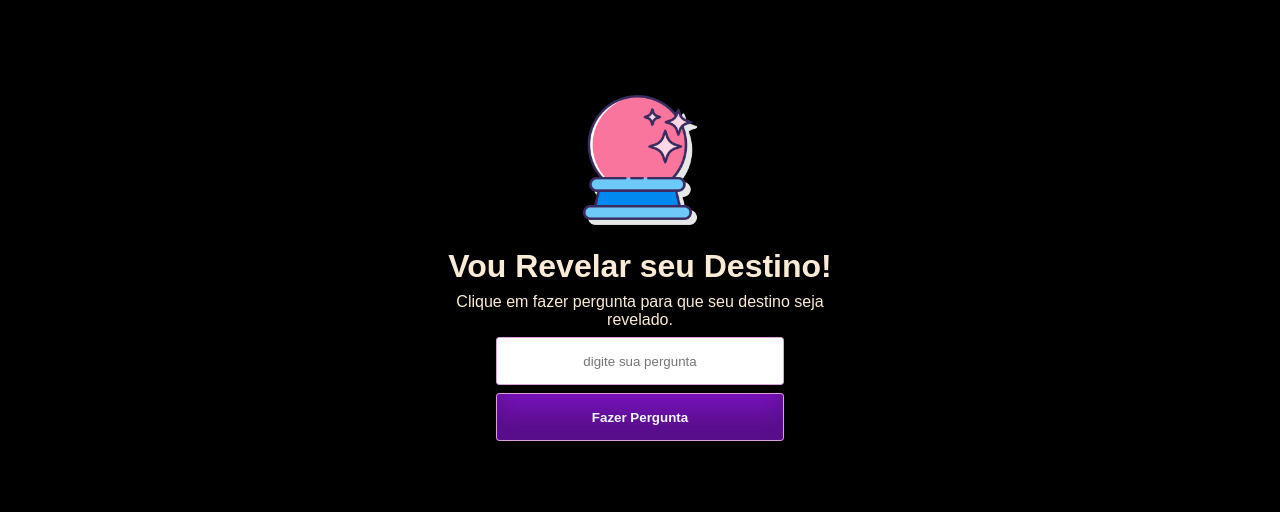
Repository: guilhermecardoso93/nlwexplorer
Page: index.html
An editor plug-in stored every save of this project. The page is shown before and after the next save, followed by the edit.
The browser window is 1280 px wide. The pictures show the whole page.
The pointer rests on the first visible `button`.

Above is the page before, as saved 2022-06-08 23:50:25.

### index.html
<!DOCTYPE html>
<html lang="pt-br">
  <head>
    <meta charset="UTF-8" />
    <meta http-equiv="X-UA-Compatible" content="IE=edge" />
    <meta name="viewport" content="width=device-width, initial-scale=1.0" />
    <link rel="stylesheet" href="./styles.css" />
    <title>NLW Explorer</title>
  </head>
  <body>
    <div class="principal">
      <img
        src="./cristalball.png"
        alt="Imagem de uma bola de cristal"
        id="cristalBallImg"
      />
      <h1>Vou Revelar seu Destino!</h1>
      <p>Clique em fazer pergunta para que seu destino seja revelado.</p>
      <input type="text" placeholder="digite sua pergunta" />
      <button>Fazer Pergunta</button>
    </div>
  </body>
  <script src="./script.js"></script>
</html>

### styles.css
* {
  margin: 0;
  padding: 0;
  box-sizing: border-box;
}
body {
  margin: auto;
  background-color: black;
  color: antiquewhite;
  text-align: center;
  font-family: sans-serif;
}

#cristalBallImg {
  width: 10rem;
}

.principal {
  display: flex;
  flex-direction: column;
  margin: auto;
  margin-top: 5rem;
  max-width: 400px;
  width: 80%;
  align-items: center;
  gap: 0.5rem;
}

.principal input {
  width: 18rem;
  height: 3rem;
  text-align: center;

  border: 1px solid plum;
  border-radius: 0.2rem;
}

.principal input:hover {
  border: 2px double pink;
}

button {
  width: 18rem;
  height: 3rem;
  text-align: center;
  font-weight: 600;
  color: aliceblue;
  background-color: rgb(137, 22, 214);
  border: 1px solid plum;
  border-radius: 0.2rem;
  box-shadow: rgba(150, 9, 206, 0.12) 0px 54px 55px,
    rgba(150, 9, 206, 0.12) 0px -12px 30px, rgba(150, 9, 206, 0.12) 0px 4px 6px,
    rgba(150, 9, 206, 0.12) 0px 12px 13px, rgba(150, 9, 206, 0.12) 0px -3px 5px;
}

button:hover {
  box-shadow: rgba(0, 0, 0, 0.17) 0px -23px 25px 0px inset,
    rgba(0, 0, 0, 0.15) 0px -36px 30px 0px inset,
    rgba(0, 0, 0, 0.1) 0px -79px 40px 0px inset, rgba(0, 0, 0, 0.06) 0px 2px 1px,
    rgba(0, 0, 0, 0.09) 0px 4px 2px, rgba(0, 0, 0, 0.09) 0px 8px 4px,
    rgba(0, 0, 0, 0.09) 0px 16px 8px, rgba(0, 0, 0, 0.09) 0px 32px 16px;
}

Loaded but not shown: script.js (no stored copy; drawn as an empty file)

After the next save:
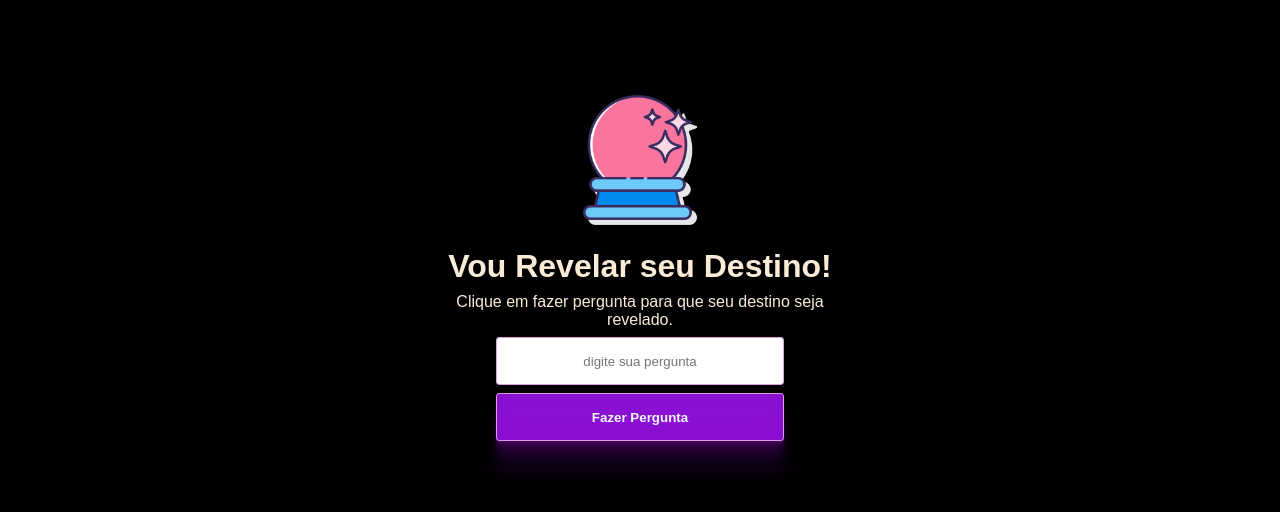
Saved 36 s later.
--- a/styles.css
+++ b/styles.css
@@ -54,9 +54,9 @@ button {
 }
 
 button:hover {
-  box-shadow: rgba(0, 0, 0, 0.17) 0px -23px 25px 0px inset,
-    rgba(0, 0, 0, 0.15) 0px -36px 30px 0px inset,
-    rgba(0, 0, 0, 0.1) 0px -79px 40px 0px inset, rgba(0, 0, 0, 0.06) 0px 2px 1px,
-    rgba(0, 0, 0, 0.09) 0px 4px 2px, rgba(0, 0, 0, 0.09) 0px 8px 4px,
-    rgba(0, 0, 0, 0.09) 0px 16px 8px, rgba(0, 0, 0, 0.09) 0px 32px 16px;
+  box-shadow: rgba(150, 9, 206, 0.12) 0px -23px 25px 0px inset,
+    rgba(150, 9, 206, 0.12) 0px -36px 30px 0px inset,
+    rgba(150, 9, 206, 0.12) 0px -79px 40px 0px inset, rgba(150, 9, 206, 0.12) 0px 2px 1px,
+    rgba(150, 9, 206, 0.12) 0px 4px 2px, rgba(150, 9, 206, 0.12) 0px 8px 4px,
+    rgba(150, 9, 206, 0.12) 0px 16px 8px, rgba(150, 9, 206, 0.12) 0px 32px 16px;
 }
